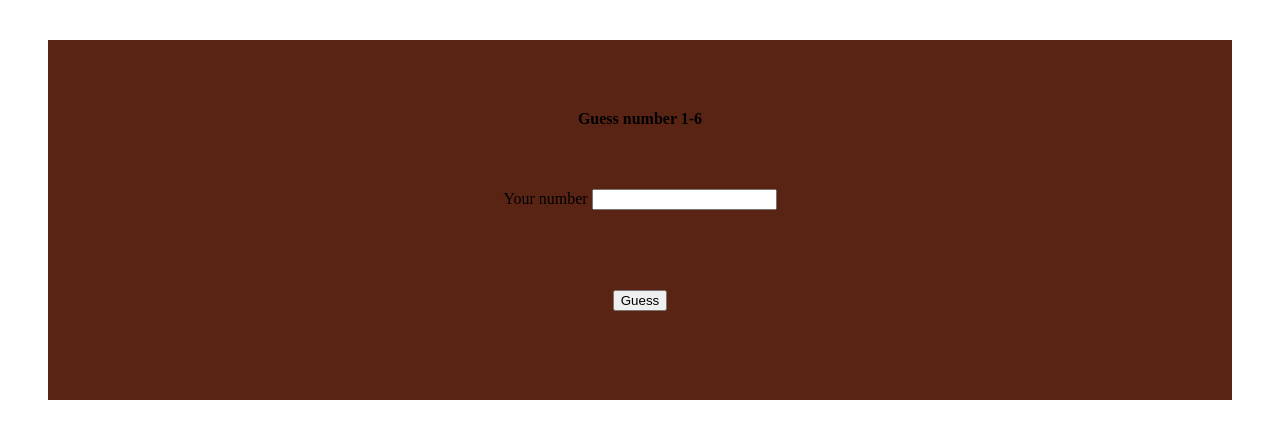
Repository: Ironicmanx/HTMLFILES
Page: Javascript/guessNumber/guess.html
An editor plug-in stored every save of this project. The page is shown before and after a run of saves, followed by the edit.
The browser window is 1280 px wide. The pictures show the whole page.

Above is the page before, as saved 2024-02-05 20:15:50.

After the next 2 saves:
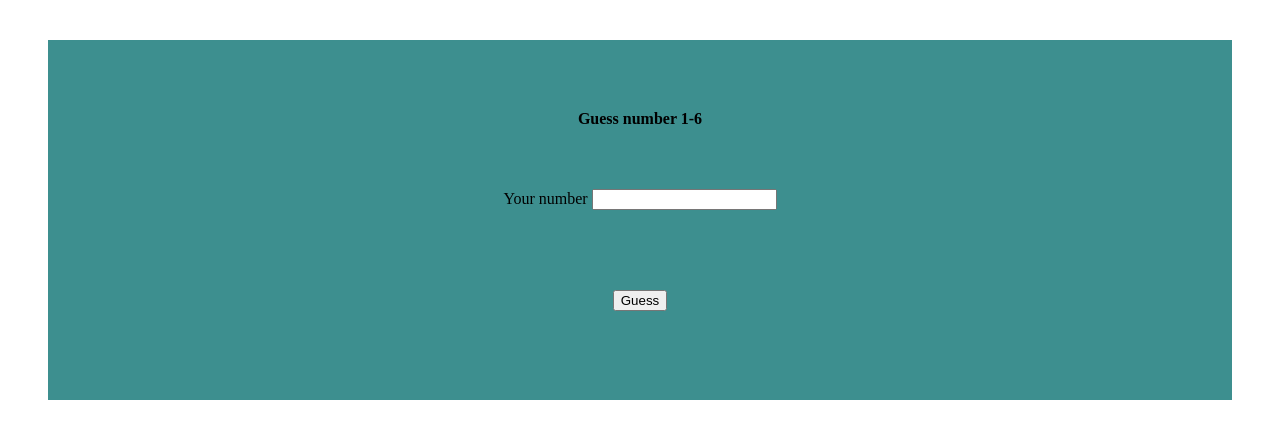
The 2 saves are shown as one change because they came seconds apart.
The last was saved 5 s later.
--- a/Javascript/guessNumber/guess.css
+++ b/Javascript/guessNumber/guess.css
@@ -1,7 +1,7 @@
 
 div#container{
     color: #000;
-    background-color: rgb(90, 36, 20);
+    background-color: rgb(61, 143, 143);
     height: 50vh;
     display: flex;
     flex-direction: column;
